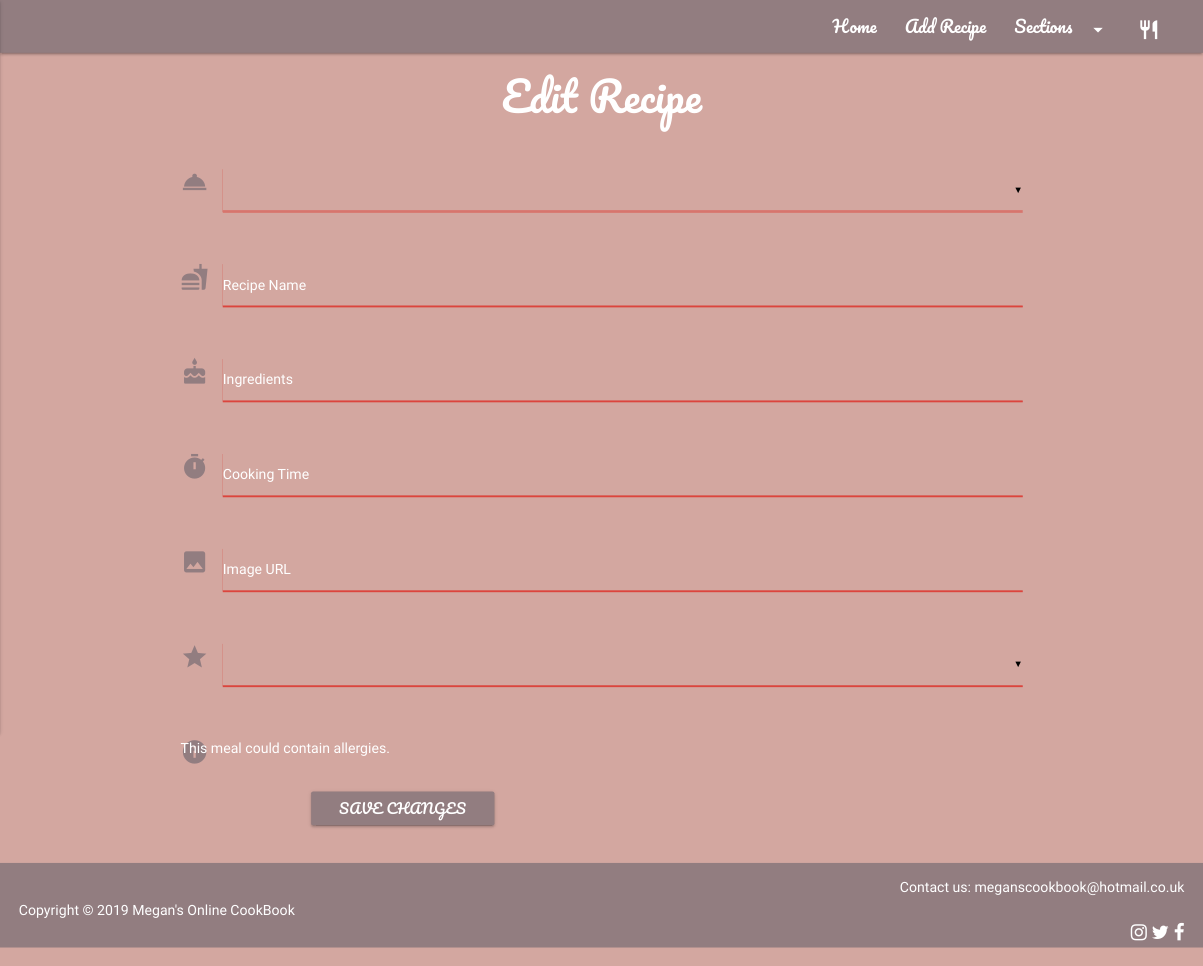
Repository: megananne/online-cook-book
Page: templates/editrecipe.html
The author's editor kept a record of every edit. The page is drawn from the files as they stood at one moment, then again after the next edit.
The browser window is 1280 px wide. The pictures show the whole page, at 94% of full size.
Some web libraries are served in a nearby version. The page is served by the project's application, run on Flask 3 (app.py). The template is opened directly, without the code that normally fills it, so the values that code supplies are empty.

Above is the page before.

### templates/editrecipe.html
{% extends 'base.html'%} {% block content %}
<div class="row headingtxt">
    <h3>Edit Recipe</h3>
</div>
<div class="row">
    <form action="{{ url_for('changerecipe', recipeid=recipe._id) }}" method="POST" class="col s12" style="color: white;">
        <div class="row">
            <div class="input-field col s12">
                <span class="material-icons prefix">room_service</span>
                <select id="section" name="sectionname">
                    <option class="choosesection" style="color:white;" value="" disabled selected>{{recipe.sectionname}}</option>
                    {% for section in sections %}
                    <option value="{{section.sectionname}}">{{section.sectionname}}</option>
                    {% endfor %}
                </select>
            </div>
        </div>
        <div class="row">
            <div class="input-field col s12">
                <i class="material-icons prefix">fastfood</i>
                <input id="recipename" name="recipename" type="text" class="validate" value="{{recipe.recipename}}" required>
                <label for>Recipe Name</label>
            </div>
        </div>
        <div class="row">
            <div class="input-field col s12">
                <i class="material-icons prefix">cake</i>
                <input id="ingredients" name="ingredients" type="text" class="validate" value="{{recipe.ingredients}}" required>
                <label for="ingredients">Ingredients</label>
            </div>
        </div>
        <div class="row">
            <div class="input-field col s12">
                <i class="material-icons prefix">timer</i>
                <input id="cooking_time" name="cooking_time" type="text" class="validate" value="{{recipe.cooking_time}}" required>
                <label for="cooking_time">Cooking Time</label>
            </div>
        </div>
        <div class="row">
            <div class="input-field col s12">
                <i class="material-icons prefix">image</i>
                <input id="imgurl" name="imgurl" type="text" class="validate" value="{{recipe.imgurl}}" required>
                    <label for="imgurl">Image URL</label>
            </div>
        </div>
        <div class="row">
            <div class="input-field col s12">
                <i class="material-icons prefix">grade</i>
                <select id="stars" name="stars">
            <option value="{{recipe.stars}}" disabled selected>{{recipe.stars}}</option>
                {% for i in range(6) %}
                <option value="{{i}}">{{i}}</option>
                {% endfor %}

        </select>
            </div>
        </div>
        <div class="row">
            <div class="input-field col s12">
                <i class="material-icons prefix">info</i>
                <div class="tooltip">This meal could contain allergies.
                    <span class="tooltiptext">Please be advised that some of the recipes included in this cookbook may contain these ingredients: Milk, Eggs, Wheat, Soybeans, Peanuts, Tree Nuts, Fish and ShellFish</span>
                </div>
            </div>
        </div>

        <div class="row">
            <button class="waves-effect  btn savechangesbtn" type="submit" name="action">Save Changes

             </button>
        </div>
    </form>
</div>
{% endblock %}

### templates/base.html
<!DOCTYPE html>
<html>

<head>
  <meta charset="UTF-8">
  <meta name="title" content="Megan's Online CookBook">
  <meta name="description" content="This is an online recipe book which the users can add and edit recipes. The website has ingredients and images of recipes.">
  <meta name="keywords" content="HTML,CSS,Python,JavaScript">
  <meta name="author" content="Megan Smith">
  <meta name="viewport" content="width=device-width, initial-scale=1.0">


  <link rel="stylesheet" href="https://use.fontawesome.com/releases/v5.8.2/css/all.css" integrity="sha384-oS3vJWv+0UjzBfQzYUhtDYW+Pj2yciDJxpsK1OYPAYjqT085Qq/1cq5FLXAZQ7Ay" crossorigin="anonymous">
  <link href="https://fonts.googleapis.com/css?family=Pacifico&display=swap" rel="stylesheet">
  <link rel="stylesheet" href="https://fonts.googleapis.com/css?family=Open+Sans">
  <link href="https://fonts.googleapis.com/icon?family=Material+Icons" rel="stylesheet">
  <link rel="stylesheet" href="https://cdnjs.cloudflare.com/ajax/libs/font-awesome/4.7.0/css/font-awesome.min.css">
  <link rel="stylesheet" href="https://cdnjs.cloudflare.com/ajax/libs/materialize/0.100.2/css/materialize.min.css">
  <link rel="stylesheet" href="{{url_for('static', filename='css/style.css')}}" type="text/css">
</head>

<body>

  <header>
    <nav>
      <div class="nav-wrapper">
        <a href="{{url_for('homepage')}}"><i class="material-icons iconsnav restraunticon right">restaurant</i></a>
        <a href="#" data-activates="mobile-demo" class="button-collapse"><i class="material-icons">menu</i></a>
        <ul class="right hide-on-med-and-down">
          <li><a href="{{url_for('homepage')}}" style="font-size: 18px">Home</a></li>
          <li><a href="{{url_for('addrecipe')}}" style="font-size: 18px">Add Recipe</a></li>
          <li><a class="dropdown-trigger" href="#!" role="button" data-activates="dropdown" data-target="#" style="font-size: 18px">Sections<i class="material-icons iconsnav right">arrow_drop_down</i></a></li>
        </ul>
        <ul class="side-nav" id="mobile-demo">
          <li><a href="{{url_for('homepage')}}" style="font-size: 18px">Home</a></li>
          <li><a href="{{url_for('addrecipe')}}" style="font-size: 18px">Add Recipe</a></li>
          <li><a class="dropdown-trigger" href="#!" role="button" data-activates="dropdown" data-target="#" style="font-size: 18px">Sections<i class="material-icons iconsnav right">arrow_drop_down</i></a></li>
        </ul> </nav>
        <ul id="dropdown" class="dropdown-content">
          {% for section in sections %}
          <li><a href="{{ url_for('search', sectionname=section.sectionname) }} ">{{ section.sectionname }}</a></li>
          {% endfor %}
        </ul></div>
        <ul class="side-nav" id="mobile-demo">
          <li><a href="{{url_for('homepage')}}" style="font-size: 18px">Home</a></li>
          <li><a href="{{url_for('addrecipe')}}" style="font-size: 18px">Add Recipe</a></li>
          <li><a class="dropdown-trigger" href="#!" role="button" data-activates="dropdown" data-target="#" style="font-size: 18px">Sections<i class="material-icons iconsnav right">arrow_drop_down</i></a></li>
        </ul>

  </header>

  <div class="container" style="">
    {% block content %} {% endblock %}
  </div>
  <script src="https://cdnjs.cloudflare.com/ajax/libs/jquery/3.2.1/jquery.min.js"></script>


  <script src="https://cdnjs.cloudflare.com/ajax/libs/materialize/0.100.2/js/materialize.min.js"></script>
  <script type="text/javascript">
    $('document').ready(function() {
      $(".dropdown-trigger").dropdown();
      $('.collapsible').collapsible();
      $('select').material_select();
      $('.modal').modal();
      $(".button-collapse").sideNav();
    });
  </script>
  <footer>
    <div class="row footer">
      <div class="col-lg-12">

        <h6 style="text-align: right;">Contact us: meganscookbook@hotmail.co.uk</h6>
        <h6>Copyright © 2019 Megan's Online CookBook</h6>



      </div>
      <a href="{{url_for('homepage')}}" class="fa fa-facebook"></a>
      <a href="{{url_for('homepage')}}" class="fa fa-twitter"></a>
      <a href="{{url_for('homepage')}}" class="fa fa-instagram"></a>

    </div>
  </footer>


</html>

### app.py
import os
from flask import Flask, render_template, redirect, request, url_for
from flask_pymongo import PyMongo
from bson.objectid import ObjectId

app = Flask(__name__)

app.config["MONGO_DBNAME"] = 'online-cook=book'
app.config["MONGO_URI"] = 'mongodb://admin:admin1@ds119160.mlab.com:19160/online-cook-book'

mongo = PyMongo(app)

@app.route('/')
def homepage():
    return render_template("homepage.html", sections=mongo.db.sections.find())
@app.route('/getrecipes')
def getrecipes():
    return render_template("recipes.html", recipes=mongo.db.recipes.find(), sections=mongo.db.sections.find())

@app.route('/addrecipe')
def addrecipe():
    sections = []
    add_sections = []
    db_sections=mongo.db.sections.find()
    for section in db_sections:
        sections.append(section)
        add_sections.append(section)
    return render_template('addrecipe.html',
                           sections=sections,
                           add_sections=add_sections)

@app.route('/insertrecipe', methods=['POST'])
def insertrecipe():
    recipe = request.form.to_dict()
    recipe['allergens'] = 'allergens' in recipe
    print(recipe)
    mongo.db.recipes.insert_one(recipe)
    return redirect(url_for('getrecipes'))

@app.route('/editrecipe/<recipeid>')
def editrecipe(recipeid):
    therecipe = mongo.db.recipes.find_one({'_id': ObjectId(recipeid)})
    allsections = mongo.db.sections.find()
    return render_template(
        'editrecipe.html', recipe=therecipe, sections=allsections)


@app.route('/changerecipe/<recipeid>', methods=['POST'])
def changerecipe(recipeid):
    mongo.db.recipes.update(
        {'_id': ObjectId(recipeid)},
        {
            'recipename': request.form.get('task_name'),
            'sectionname': request.form.get('sectionname'),
            'recipeingredients': request.form.get('recipeingredients'),
            'allergens': request.form.get('allergens'),
            'cooking_time': request.form.get('cooking_time'),
        })
    return redirect(url_for('getrecipes'))


@app.route('/deleterecipe/<recipeid>', methods=['POST'])
def deleterecipe(recipeid):
    mongo.db.recipes.remove({'_id': ObjectId(recipeid)})
    return redirect(url_for('getrecipes'))


@app.route('/getsections')
def getsections():
    return render_template('sections.html',
                           sections=mongo.db.sections.find())


@app.route('/editsection/<sectionid>')
def editsection(sectionid):
    thesection = mongo.db.categories.find_one(
        {'_id': ObjectId(sectionid)})
    return render_template('editsection.html', section=thesection, sections=mongo.db.sections.find())


@app.route('/changesection/<sectionid>', methods=['POST'])
def changesection(sectionid):
    mongo.db.sections.update(
        {'_id': ObjectId(sectionid)},
        {'sectionname': request.form.get('sectionname')})
    return redirect(url_for('getsections'))


@app.route('/deletesection/<sectionid>', methods=['POST'])
def deletesection(sectionid):
    mongo.db.sections.remove({'_id': ObjectId(sectionid)})
    return redirect(url_for('getsections'))


@app.route('/insertsection', methods=['POST'])
def insertsection():
    sectionname_doc = {'sectionname': request.form.get('sectionname')}
    mongo.db.sections.insert_one(sectionname_doc)
    return redirect(url_for('getsections'))


@app.route('/addsection')
def addsection():
    return render_template('addsection.html', sections=mongo.db.sections.find())

@app.route('/search/<sectionname>')
def search(sectionname):
    return render_template("recipes.html", sections=mongo.db.sections.find(), recipes=mongo.db.recipes.find({"sectionname": sectionname}), sectionname=sectionname)

@app.route('/searchresults/<recipeingredients>', methods=['POST'])
def searchresults(recipeingredients):
    recipeingredients=request.form.to_dict()
    return render_template("results.html", ingredients=mongo.db.sections.find(), recipes=mongo.db.recipes.find({"recipeingredients": recipeingredients}),recipeingredients=recipeingredients)

if __name__ == '__main__':
    app.run(host=os.environ.get('IP'), port=int(os.environ.get('PORT')), debug=True)

### static/css/style.css
body{
  background-color: #d3a7a0
}


 /* navbar */


nav {
    color: #fff;
background-color: #927d80 ;
    width: 100%;
    height: 56px;
    line-height: 56px;
}

.iconsnav{
    color: white;
}

.nav-wrapper{
    font-size: 89px;
    font-family: 'Pacifico', cursive;
    background-color: #927d80;
}

/* social media icons */
.fa-twitter{
    margin-left: 5px;
    color: white;
    float: right;
    font-size: 20px;
}
.fa-instagram{
    color: white;
    float: right;
    margin-left: 5px;
    font-size: 20px;
}
.fa-facebook{
    float:right;
    color: white;
    font-size: 20px;
    margin-left: 5px;
}

nav, nav .nav-wrapper i, nav a.button-collapse, nav a.button-collapse i {
    color: white;
}
.side-nav li>a{
    color:red;
}

/* ------------------------ */

/* home page */


/* recipe of the week headings */
.recipeofweek2{
   font-family: 'Pacifico', cursive;
    color: white;
    text-align: center;
}

.homeimage{
    margin-top: 40px;
    margin-left: auto !important;
    margin-right: auto !important;
    margin-bottom: 40px;
    border: solid;
    width: 460px;
    height: 350px;
    border-width: 5px;
    border-color: #927d80;
}

.headingtxt{
  font-family: 'Pacifico', cursive;
  margin-top: 20px;
  color: white;
  text-align: center;
}

.showrecipesbtn{
    font-family: 'Pacifico', cursive;
    margin-left: auto !important;
    margin-top: 20px;
    margin-bottom: 20px;
    background-color: #927d80;
}
.showrecipesbtn:hover{
    background-color: #db453d;
}


.recipeofweek{
    font-family: 'Pacifico', cursive;
    color:#db453d;
    background-color: white;
    width: 310px;
    text-align: center;
    margin-top: 40px;
    margin-bottom: 40px;
    border: solid;
    padding-left: 0px;
    border-color: #927d80;
    border-width: 5px;
}

.recipeofweektext{
    font-family: 'Pacifico', cursive;
    color:white;
    margin-left: auto !important;
    margin-right: auto !important;
    width: 310px;
    text-align: center;
    margin-bottom: 40px;

}
/* -------------------------- */



/* add recipe page */


.addrecipebtn{
   font-family: 'Pacifico', cursive;
    margin-left: 260px;
    margin-bottom: 15px;
    background-color: #927d80;
}
.addrecipebtn:hover{
  background-color:  #db453d;
}

.imgurl{
  float: right;
  margin-top: 20px;

  border: 5px solid;
  position: absolute;
  border-color: grey;
  padding: 5px;
}

/* edit recipe page */



/* edit recipe button */
.editrecipebtn{
    font-family: 'Pacifico', cursive;
    background-color: #927d80;
    margin-top:5px;
    margin-left:150px;
    margin-bottom: 15px;
}
.editrecipebtn:hover{
    background-color: #db453d;
}

/* save changes button */
.savechangesbtn{
    font-family: 'Pacifico', cursive;
    background-color: #927d80;
    margin-top:5px;
    margin-left:150px;
}
.savechangesbtn:hover{
    background-color: #db453d;
    margin-left: 150px;

}

/* user editing the recipe */
input#recipename {
    border-bottom: 1px solid #db453d;
    box-shadow: 0 1px 0 0 #db453d;
}
input#recipename:focus {
    border-bottom: 1px solid #db453d;
    box-shadow:  0 1px 0 0 #db453d;
}
input#ingredients {
    border-bottom: 1px solid #db453d;
    box-shadow: 0 1px 0 0 #db453d;
}
input#ingredients:focus {
    border-bottom: 1px solid #db453d;
    box-shadow:  0 1px 0 0 #db453d;
}
input#cooking_time {
    border-bottom: 1px solid #db453d;
    box-shadow:  0 1px 0 0 #db453d;
}
input#cooking_time:focus {
    border-bottom: 1px solid #db453d;
    box-shadow:  0 1px 0 0 #db453d;
}
input#imgurl {
    border-bottom: 1px solid #db453d;
    box-shadow: 0 1px 0 0 #db453d;
}
input#imgurl:focus {
    border-bottom: 1px solid #db453d;
    box-shadow: 0 1px 0 0 #db453d;
}

/* -------------------------- */


/* recipes */


.imgurl{
  float: right;
  margin-top: 20px;
  display: block;
  border: 5px solid;
  clear: both;
  border-color: grey;
  padding: 5px;
}

/* star rating */
.checked {
  color: orange;
}


.dropdown-content li>a, .dropdown-content li>span {
	color:red;
	font-family: 'Pacifico', cursive;
}

/* Tooltip container */
.tooltip {

    padding-bottom: 10px;
    position: relative;
    display: inline-block;

}

/* Tooltip text */
.tooltip .tooltiptext {
  visibility: hidden;
  width: 180px;
  background-color: #927d80;
  color: #fff;
  text-align: center;
  margin-bottom: 5px;
  padding: 10px;
  border-radius: 6px;

  /* Position the tooltip text */
  position: absolute;
  z-index: 1;
  bottom: 125%;
  left: 50%;
  margin-left: -60px;

  /* Fade in tooltip */
  opacity: 0;
  transition: opacity 0.3s;
}

/* Tooltip arrow */
.tooltip .tooltiptext::after {
  content: "";
  position: absolute;
  top: 100%;
  left: 50%;
  margin-left: -5px;
}

/* Show the tooltip text when you mouse over the tooltip container */
.tooltip:hover .tooltiptext {
  visibility: visible;
  opacity: 1;
}

.allegerncheckbox{
    margin-left: 3rem;
}

.restraunticon{
  margin-right: 20px;
  width: 50px;
  height: 50px;
}

.recipesectionname{
font-family: 'Pacifico', cursive;
    color:black;
    font-weight: 500;
    font-size: medium;
text-align: center;

}

.recipename{
font-family: 'Pacifico', cursive;
    font-size: medium;
    color: #db453d;
}

.dropdown-content li>a, .dropdown-content li>span {
	color:red;
	font-family: 'Pacifico', cursive;
}
/* ------------------------------------ */


/* footer */


.footer{
    width: 100%;
    position: relative;
    padding-left: 20px;
    padding-right: 20px;
    padding-top: 10px;
    padding-bottom: 20px;
    color: white;
    background-color: #927d80;
    height: 90px;
}

/* social media icons */
.fa-twitter{
    margin-left: 5px;
    color: white;
    float: right;
    font-size: 20px;
}
.fa-instagram{
    color: white;
    float: right;
    margin-left: 5px;
    font-size: 20px;
}
.fa-facebook{
    float:right;
    color: white;
    font-size: 20px;
    margin-left: 5px;
}
/* ------------------------ */







.recipestext{
  font-family: 'Pacifico', cursive;
}

.validate{
    color: white;
}

.choosesection{
    color: red;
}

.input-field label {

color: white; }

.select-wrapper input.select-dropdown {

border-bottom: 1px solid #db453d; }

.select-wrapper input.select-dropdown:focus {

border-bottom: 1px solid #db453d; }

.material-icons{
    color:  #927d80;
}


input[type=text]:not(.browser-default){
        border-bottom: 1px solid #db453d;
    box-shadow: 0 1px 0 0 #db453d;
}

.col.offset-s4 {
    margin-left: 0px;}


@media (min-width: 750px) {
    .imgurl{
        margin-left: 220px;
    }
}

@media (max-width: 749px) {
    .addrecipebtn{
        margin-left: 120px;
    }
    .editrecipebtn{
        margin-left: 55px;
    }
        .savechangesbtn{
        margin-left: 90px;
    }
    img{
        width: 300px;
    }
    .homeimage{
        width: 297px;
    }
}

After the next edit:
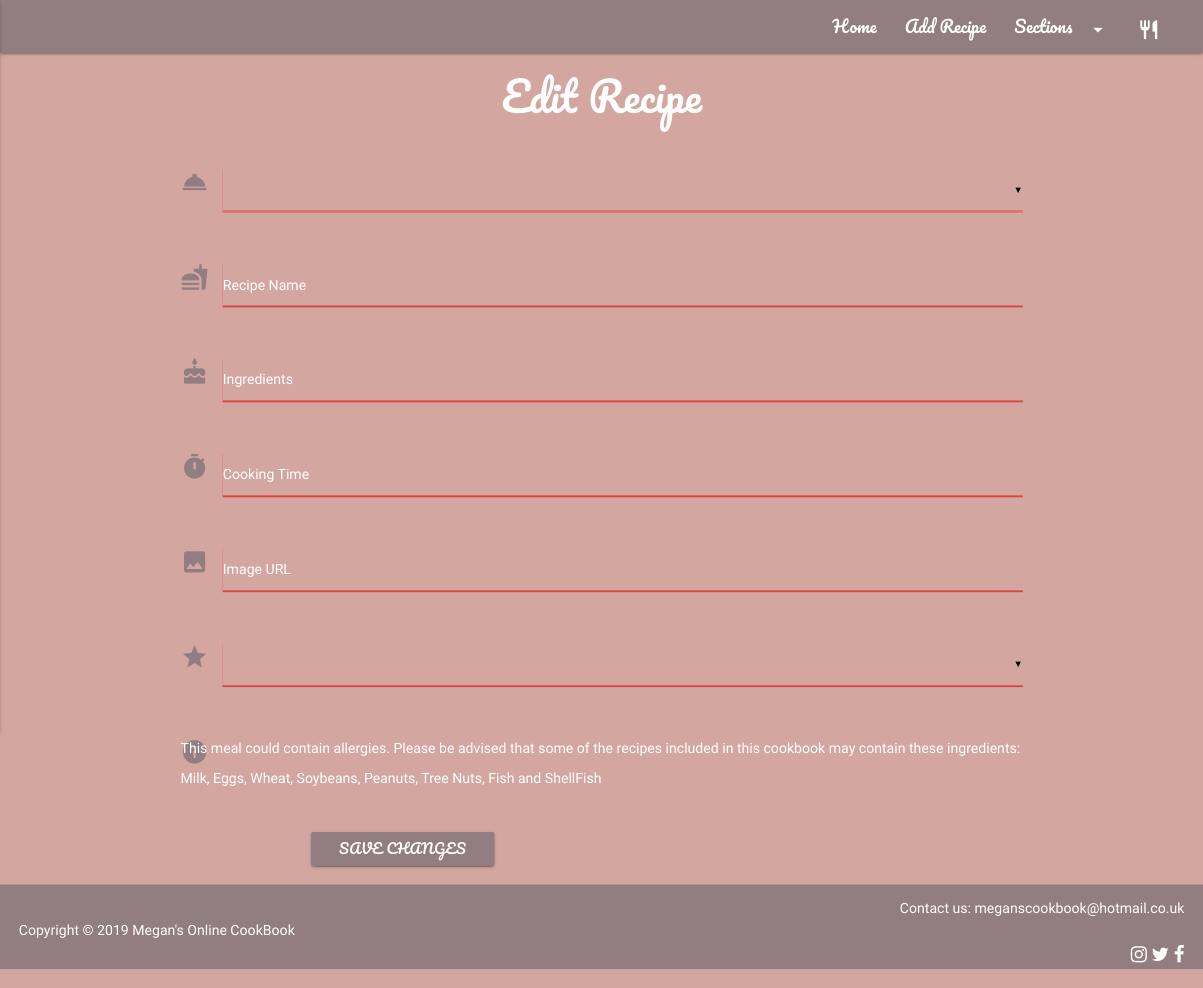
The edit:
--- a/templates/editrecipe.html
+++ b/templates/editrecipe.html
@@ -58,7 +58,7 @@
         <div class="row">
             <div class="input-field col s12">
                 <i class="material-icons prefix">info</i>
-                <div class="tooltip">This meal could contain allergies.
+                <div class="tooltip">This meal could contain allergies.</div>
                     <span class="tooltiptext">Please be advised that some of the recipes included in this cookbook may contain these ingredients: Milk, Eggs, Wheat, Soybeans, Peanuts, Tree Nuts, Fish and ShellFish</span>
                 </div>
             </div>

After the 2 edits that followed:
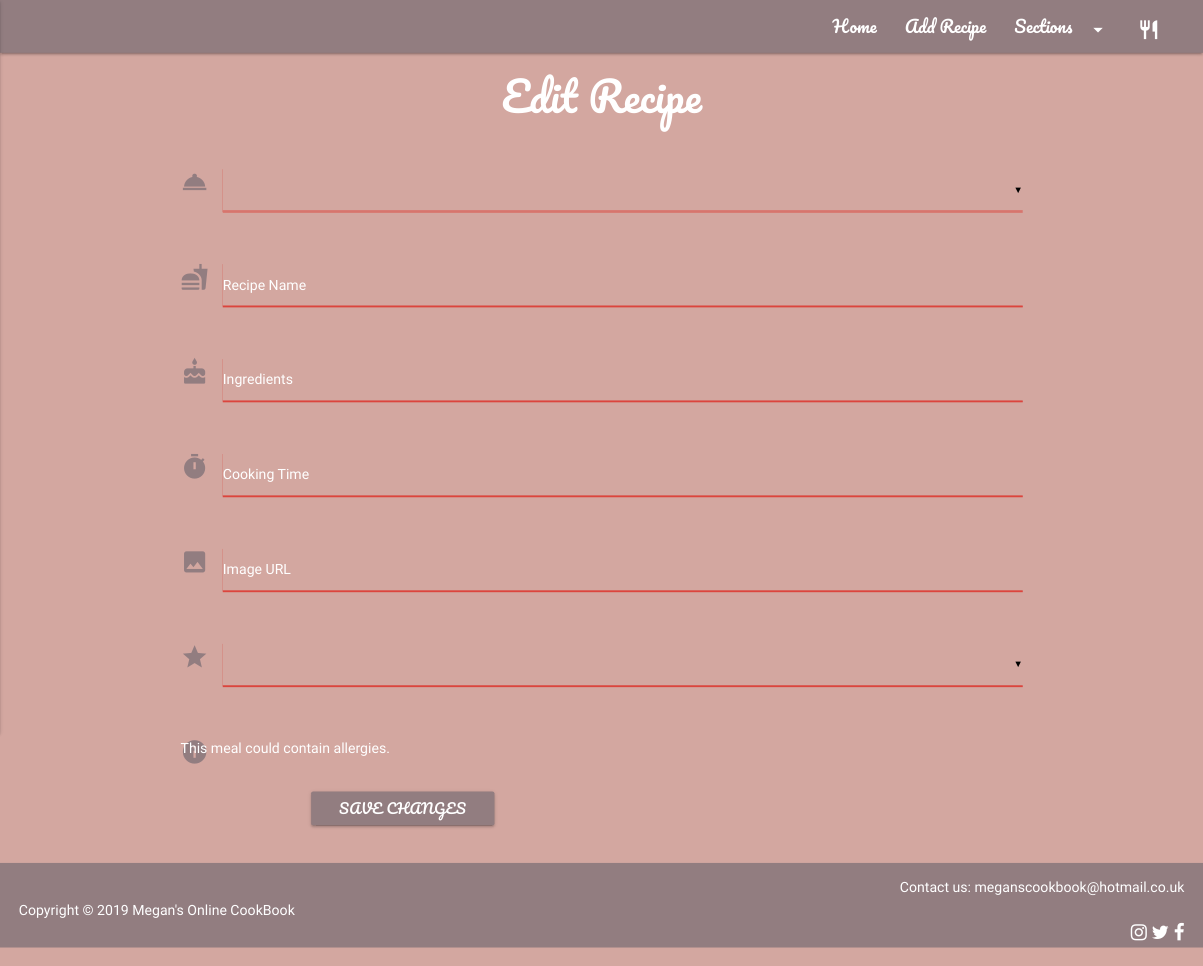
The 2 edits are shown as one change because 1 left the picture as it was.
The edit:
--- a/templates/editrecipe.html
+++ b/templates/editrecipe.html
@@ -58,9 +58,9 @@
         <div class="row">
             <div class="input-field col s12">
                 <i class="material-icons prefix">info</i>
-                <div class="tooltip">This meal could contain allergies.</div>
+                <div class="tooltip">This meal could contain allergies.
                     <span class="tooltiptext">Please be advised that some of the recipes included in this cookbook may contain these ingredients: Milk, Eggs, Wheat, Soybeans, Peanuts, Tree Nuts, Fish and ShellFish</span>
-                </div>
+</div>
             </div>
         </div>
 
